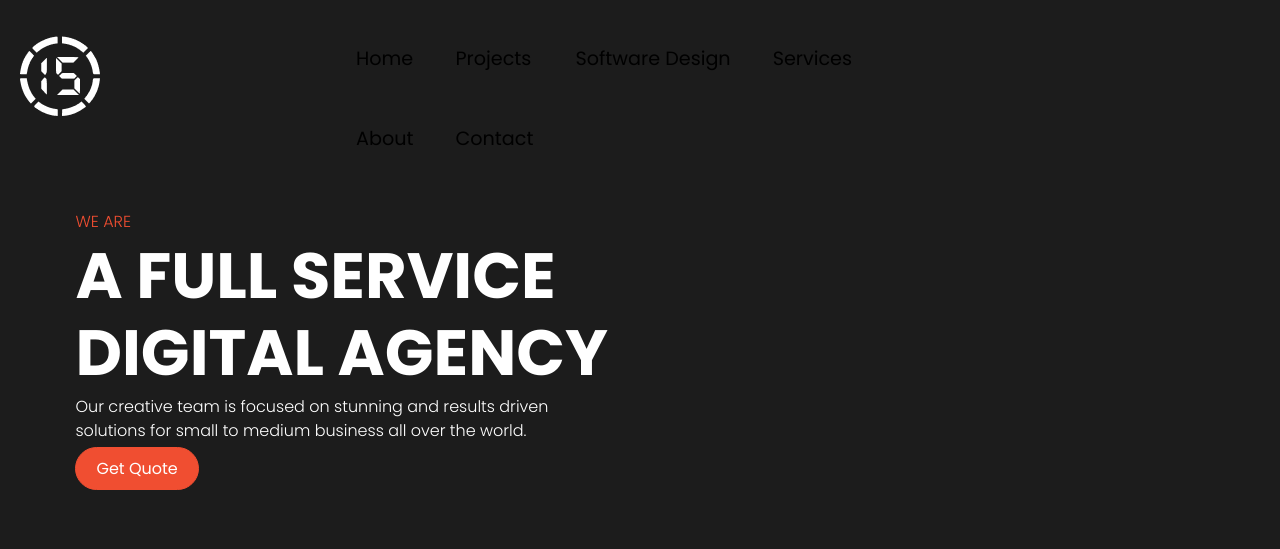
Repository: gopalpurohit54/one5
Page: /
An editor plug-in stored every save of this project. The page is shown before and after the next save, followed by the edit.
The browser window is 1280 px wide. The pictures show the whole page.
The project was rebuilt for these pictures with package versions that can differ from the ones it lists, and the page was loaded fresh each time.

Above is the page before, as saved 2021-06-11 15:04:15.

### src/index.css
@import url('https://fonts.googleapis.com/css2?family=Poppins:ital,wght@0,100;0,200;0,300;0,400;0,500;0,600;0,700;0,800;0,900;1,100;1,200;1,300;1,400;1,500;1,600;1,700;1,800;1,900&display=swap');

* {
  margin: 0;
  padding: 0;
  outline: none;
  font-family: 'Poppins', sans-serif;
  -webkit-font-smoothing: antialiased;
  -moz-osx-font-smoothing: grayscale;
}

code {
  font-family: source-code-pro, Menlo, Monaco, Consolas, 'Courier New',
    monospace;
}

### src/components/App.js
import React from 'react';
import Navbar from '../components/Navbar';
import { BrowserRouter as Router, Switch, Route } from 'react-router-dom';
import './App.css';
import Home from '../components/Pages/Home';

function App() {
  return (
    <>
    <Router>
      <Navbar />
      <Switch>
        <Route path='/' exact component= {Home} />
      </Switch>
    </Router>
    </>
  );
}



export default App

### src/components/navbar.js
import React, { useState } from 'react';
import { Link } from 'react-router-dom';
import './Navbar.css';

function Navbar() {

    const [click, setClick] = useState(false);

    const handleClick = () => setClick(!click);
    const closeMobileMenu = () => setClick(false);

    return (
        <>
            <nav className="navbar">
                <div className="navbar-container">
                    <Link to="/" className="navbar-logo" onClick= {closeMobileMenu}>
                        <img src="/logo-white.png" alt="" />
                    </Link>
                </div>
                <div className="menu-icon" onClick= {handleClick}>
                    <i className= { click ? 'fas fa-times' : 'fas fa-bars'} />
                </div>
                <ul className= { click ? 'nav-menu active' : 'nav-menu'}>
                    <li className= 'nav-item'>
                        <Link to= '/home' className='nav-links' onClick= {closeMobileMenu}>
                            Home
                        </Link>
                    </li>
                    <li className= 'nav-item'>
                        <Link to= '/projects' className='nav-links' onClick= {closeMobileMenu}>
                            Projects
                        </Link>
                    </li>
                    <li className= 'nav-item'>
                        <Link to= '/software-design' className='nav-links' onClick= {closeMobileMenu}>
                            Software Design
                        </Link>
                    </li>
                    <li className= 'nav-item'>
                        <Link to= '/services' className='nav-links' onClick= {closeMobileMenu}>
                            Services
                        </Link>
                    </li>
                    <li className= 'nav-item'>
                        <Link to= '/about' className='nav-links' onClick= {closeMobileMenu}>
                            About
                        </Link>
                    </li>
                    <li className= 'nav-item'>
                        <Link to= '/contact' className='nav-links' onClick= {closeMobileMenu}>
                            Contact
                        </Link>
                    </li>
                </ul>
            </nav>
        </>
    )
}

export default Navbar

### src/components/App.css

* {
    box-sizing: border-box;
    margin: 0;
    padding: 0;
    font-family: 'Poppins', sans-serif;
    background: #1c1c1c;
  }

### src/components/Pages/Home.js
import React from 'react';
import '../App.css';
import  HeroSection from '../HeroSection';

function Home() {
    return (
        <>
            <HeroSection />
        </>
    )
}

export default Home

### src/components/navbar.css
:root {
    --primary: #F04E31;
}

.navbar {
    background: transparent;
    height: 80px;
    display: flex;
    justify-content: flex-start;
    font-size: 1.2rem;
    position: sticky;
    top: 5%;
    z-index: 999;
}

.navbar-container {
    display: flex;
    justify-content: left;
    align-items: left;
    height: 80px;
    /* max-width: 1500px; */
}

.navbar-logo {
    justify-self: start;
    margin-left: 20px;
    cursor: pointer;
    display: flex;
    align-items: center;
}

.nav-menu {
    display: grid;
    grid-template-columns: repeat(4, auto);
    grid-gap: 10px;
    list-style: none;
    text-align: left;
    width: 60vw;
    justify-content: end;
    margin-right: 2rem;
}

.nav-item {
    height: 70px;
  }

  .nav-links {
    color: #000;
    display: flex;
    align-items: left;
    text-decoration: none;
    padding: 0.5rem 1rem;
    height: 100%;
  }

  .nav-links:hover {
    color: var(--primary);
    transition: all 0.2s ease-out;
  }

  .fa-bars {
    color: #fff;
  }

  .fa-bars:hover {
    color: #F04E31;
  }

  .nav-links-mobile {
    display: none;
  }

  .menu-icon {
    display: none;
  }

  @media screen and (max-width: 960px) {
    .NavbarItems {
      position: relative;
    }

    .nav-menu {
      display: flex;
      flex-direction: column;
      width: 100%;
      height: 90vh;
      position: absolute;
      top: 77px;
      left: -100%;
      opacity: 1;
      transition: all 0.5s ease;
    }

    .nav-menu.active {
      background: #fff;
      left: 0;
      opacity: 1;
      transition: all 0.5s ease;
      z-index: 1;
    }

    .nav-links {
      text-align: left;
      padding: 2rem;
      width: 100%;
      display: table;
    }

    .nav-links:hover {
      background-color: #fff;
      color: var(--primary);
      border-radius: 0;
    }

    .navbar-logo {
      position: absolute;
      top: 0;
      left: 0;
      transform: translate(25%, 50%);
    }

    .menu-icon {
      display: block;
      position: absolute;
      top: 0;
      right: 0;
      transform: translate(-100%, 60%);
      font-size: 1.8rem;
      cursor: pointer;
    }

    .fa-times {
      color: #000;
      font-size: 2rem;
    }

    .fa-times:hover {
      color: #F04E31;
    }
    .nav-links-mobile {
      display: block;
      text-align: left;
      margin: 2rem auto;
      border-radius: 4px;
      width: 80%;
      text-decoration: none;
      font-size: 1.5rem;
      background-color: transparent;
      color: #000;
      padding: 14px 20px;
      border: none;
      transition: all 0.3s ease-out;
    }

    .nav-links-mobile:hover {
      background: #fff;
      color: var(--primary);
      transition: 250ms;
    }
  }

### src/components/HeroSection.js
import React, { useState, useEffect } from 'react';
import './App.css';
import { Button } from './Button';
// import anim from '../src/assets/red-blob-hq.gif';
import styled from 'styled-components';
import { motion } from 'framer-motion';

function HeroSection() {

    const Section = styled.section `
        height: 75vh;
        display: flex;
        flex-direction: column;
        justify-content: center;
        align-items: center;
        background: #1c1c1c;
    `;

    const Container = styled.div `
        display: grid;
        grid-template-columns: 1fr 1fr;
        height: 100vh;
        padding: 3rem calc((100vw - 1300px) /2 );

        @media screen and (max-width: 768px){
            grid-grid-template-columns: 1fr;
        }
    `;

    const ColumnLeft = styled.div `
        display: flex;
        color: #fff;
        flex-direction: column;
        justify-content: center;
        align-items: flex-start;
        padding: 5rem 2rem;

        h1 {
            margin-bottom: 0.25rem;
            font-size: 4rem;
            line-height: 1.2;
        }

        p {
            margin-bottom: 0.25rem;
            font-size: 1rem;
            line-height: 1.5;
            font-style: normal;
            font-weight: 300;
        }

    `;
    const ColumnRight = styled.div ``

    // eslint-disable-next-line no-unused-vars
    const [button, setButton] = useState(true);

    const showButton = () => {
        if(window.innerWidth <= 960) {
            setButton(false);
        } else {
            setButton(true);
        }
    };

    useEffect ( ( ) => {
        showButton();
    }, []);

    window.addEventListener('resize', showButton);

    return (
        <Section className = 'hero-section'>
            <Container className = 'hero-container'>
                <ColumnLeft className = 'col-left'>
                    <p className = 'hero-shortdesc' style={{ color: '#F04E31' }}>WE ARE</p>
                    <h1>A FULL SERVICE <br/>
                    DIGITAL AGENCY</h1>
                    <p className = 'hero-desc'>Our creative team is focused on stunning and results driven <br/>
                    solutions for small to medium business all over the world.</p>
                    <div className='hero-btn'>
                    <Button className='btn' buttonStyle='btn--primary'>Get Quote</Button>
                    </div>
                </ColumnLeft>
                {/* <ColumnRight className = 'col-right'>
                    <img src= { anim } style= {{ display: 'block', margin: 'auto' }} alt= "Loading..." />
                </ColumnRight> */}
            </Container>
        </Section>
    )
}

export default HeroSection

### src/components/Button.js
import React from 'react';
import './Button.css';
import { Link } from 'react-router-dom';

const STYLES = ['btn--primary', 'btn--outline', 'btn--test'];

const SIZES = ['btn--medium', 'btn--large'];

export const Button = ({
  children,
  type,
  onClick,
  buttonStyle,
  buttonSize
}) => {
  const checkButtonStyle = STYLES.includes(buttonStyle)
    ? buttonStyle
    : STYLES[0];

  const checkButtonSize = SIZES.includes(buttonSize) ? buttonSize : SIZES[0];

  return (
    <Link to='/sign-up' className='btn-mobile'>
      <button
        className={`btn ${checkButtonStyle} ${checkButtonSize}`}
        onClick={onClick}
        type={type}
      >
        {children}
      </button>
    </Link>
  );
};

### src/components/Button.css
:root {
    --primary: #F04E31;
}

.btn {
    padding: 8px 20px;
    border-radius: 30px;
    outline: none;
    border: none;
    cursor: pointer;
}

.btn--primary {
    background-color: var(--primary);
    color: #fff;
    border: 1px solid var(--primary);
}

.btn--outline {
    background-color: transparent;
    color: #F04E31;
    padding: 8px 20px;
    border: 1px solid var(--primary);
    transition: all 0.3s ease-out;
}

.btn--medium {
    padding: 8px 20px;
    font-size: 16px;
}

.btn--large {
    padding: 12px 26px;
    font-size: 16px;
}

.btn--medium:hover, .btn--large:hover {
    background: transparent;
    color: #F04E31;
    transition: all 0.3s ease-out;
}

Loaded but not shown: public/index.html (common file); src/index.js (common file); src/reportWebVitals.js (common file)

After the next save:
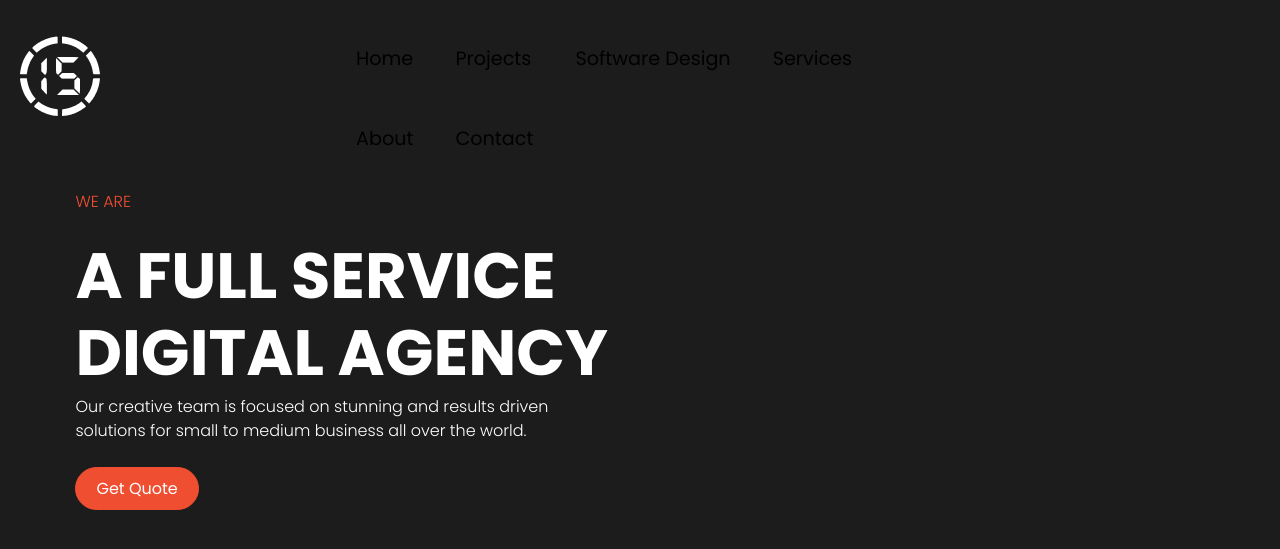
Saved 29 s later.
--- a/src/components/HeroSection.js
+++ b/src/components/HeroSection.js
@@ -42,7 +42,7 @@ function HeroSection() {
         }
 
         p {
-            margin-bottom: 0.25rem;
+            margin-bottom: 1.5rem;
             font-size: 1rem;
             line-height: 1.5;
             font-style: normal;
